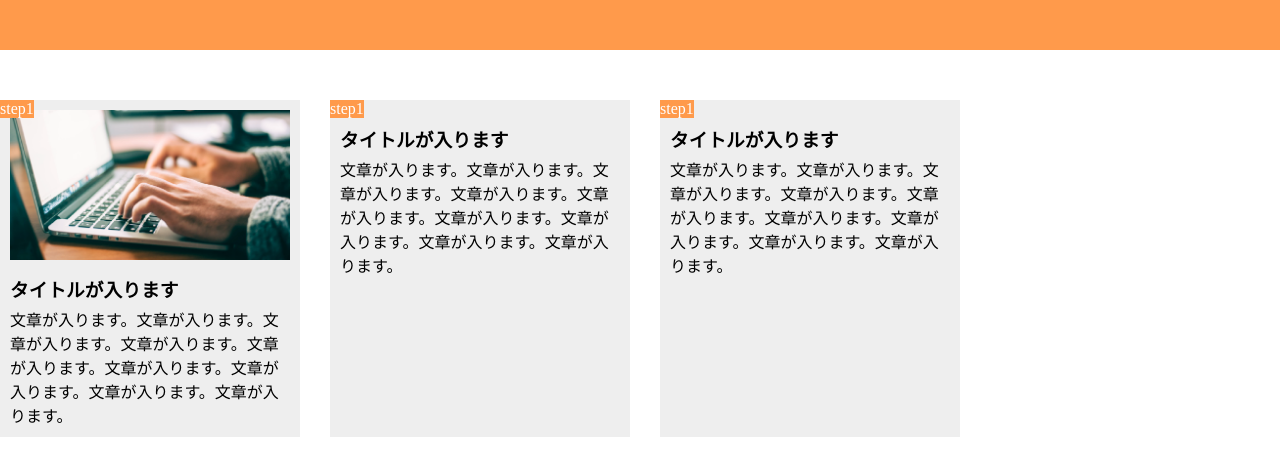
Repository: t-sato-infratop/environment
Page: chapter9-exercise/chapter9_exercise2.html
The author's editor kept a record of every edit. The page is drawn from the files as they stood at one moment, then again after the next edit.
The browser window is 1280 px wide. The pictures show the whole page.
Some web libraries are served in a nearby version.

Above is the page before.

After the next edit:
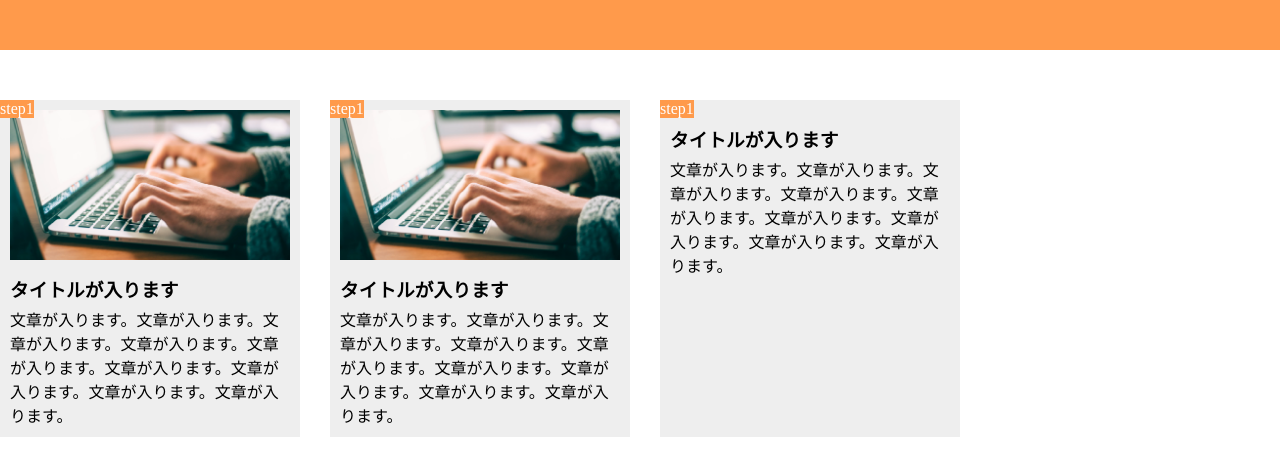
The edit:
--- a/chapter9-exercise/chapter9_exercise2.css
+++ b/chapter9-exercise/chapter9_exercise2.css
@@ -36,7 +36,7 @@
   height: 150px;
 }
 
-.box1-img {
+.box2-img {
   background-image: url(img/flow01.png);
   background-position: bottom;
   background-size: cover;
